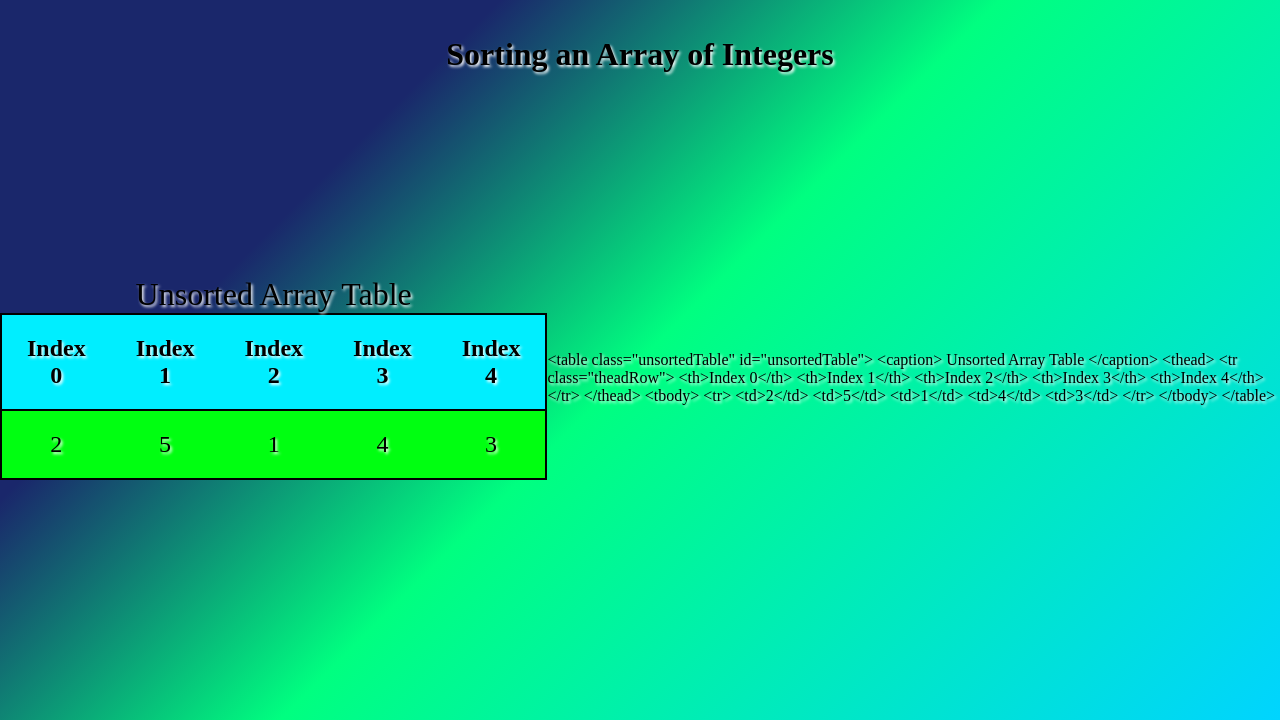
Repository: mlmEFSC21/P16-Sorting-Integers
Page: sort.html
An editor plug-in stored every save of this project. The page is shown before and after the next save, followed by the edit.
The browser window is 1280 px wide. The pictures show the whole page.

Above is the page before, as saved 2022-03-26 08:17:18.

### sort.html
<!DOCTYPE html>
<html lang="en">
    <head>
        <meta charset="UTF-8" />
        <meta http-equiv="X-UA-Compatible" content="IE=edge" />
        <meta name="viewport" content="width=device-width, initial-scale=1.0" />
        <link rel="stylesheet" href="sort.css" />
        <script defer src="sort.js"></script>
        <title>Array Sorting</title>
    </head>
    <body>
        <header class="mainHeader">
            <h1>Sorting an Array of Integers</h1>
        </header>
        <section>
            <div class="arrayContainer" id="arrayContainer">
                <table class="unsortedTable" id="unsortedTable">
                    <caption>
                        Unsorted Array Table
                    </caption>
                    <thead>
                        <tr class="theadRow">
                            <th>Index 0</th>
                            <th>Index 1</th>
                            <th>Index 2</th>
                            <th>Index 3</th>
                            <th>Index 4</th>
                        </tr>
                    </thead>
                    <tbody>
                        <tr>
                            <td>2</td>
                            <td>5</td>
                            <td>1</td>
                            <td>4</td>
                            <td>3</td>
                        </tr>
                    </tbody>
                </table>
                <!-- <table class="sortedTable" id="sortedTable">
                    <caption>
                        Sorted Array Table
                    </caption>
                    <thead>
                        <th>Index 0</th>
                        <th>Index 1</th>
                        <th>Index 2</th>
                        <th>Index 3</th>
                        <th>Index 4</th>
                    </thead>
                    <tbody>
                        <tr>
                            <td>1</td>
                            <td>2</td>
                            <td>3</td>
                            <td>4</td>
                            <td>5</td>
                        </tr>
                    </tbody>
                </table> -->
            </div>
        </section>
    </body>
</html>

### sort.css
:root {
    --clr-background: #00ff8f;
    --clr-primary-T1: hsl(184, 100%, 50%);
    --clr-primary-T2: hsl(245, 61%, 26%);
    --clr-secondary-T1: hsl(124, 100%, 50%);
    --clr-secondary-T2: hsl(166, 90%, 35%);
}
*,
*::after,
*::before {
    box-sizing: border-box;
    margin: 0;
    padding: 0;
}
body {
    font-size: 0.875;
    text-shadow: 1.75px 1.75px 3px white;
    background-color: var(--clr-background);
    background-repeat: no-repeat;
    background-size: cover;
    background: linear-gradient(
        135deg,
        rgba(26, 39, 107, 1) 25%,
        rgba(0, 255, 128, 1) 50%,
        rgba(0, 212, 255, 1) 100%
    );
    height: 100vh;
}
.mainHeader {
    height: 15vh;
    display: flex;
    align-items: center;
    justify-content: center;
}
.arrayContainer {
    height: min(75vh, 640px);
    display: flex;
    align-items: center;
    justify-content: space-around;
}
table {
    border-collapse: collapse;
    font-size: 1.5rem;
    border: 2px solid black;
}
caption {
    font-size: 2rem;
}
thead {
    border-bottom: 2px solid black;
}
th,
td {
    margin: 10px 15px;
    padding: 20px 25px;
}
.unsortedTable th {
    background-color: var(--clr-primary-T1);
}
.unsortedTable td {
    background-color: var(--clr-secondary-T1);
    text-align: center;
}
.sortedTable {
    color: white;
    text-shadow: 1.75px 1.75px 5px black;
}
.sortedTable th {
    background-color: var(--clr-primary-T2);
}
.sortedTable td {
    background-color: var(--clr-secondary-T2);
    text-align: center;
}

### sort.js
//hardcoded array to create logic for the sort.
const unsortedArray = [];
const sortedArray = unsortedArray.sort((a, b) => a - b);
const arrayContainer = document.querySelector("#arrayContainer");
const unsortedTable = `<table class="unsortedTable" id="unsortedTable">
                    <caption>
                        Unsorted Array Table
                    </caption>
                    <thead>
                        <tr class="theadRow">
                            <th>Index 0</th>
                            <th>Index 1</th>
                            <th>Index 2</th>
                            <th>Index 3</th>
                            <th>Index 4</th>
                        </tr>
                    </thead>
                    <tbody>
                        <tr>
                            <td>2</td>
                            <td>5</td>
                            <td>1</td>
                            <td>4</td>
                            <td>3</td>
                        </tr>
                    </tbody>
                </table>`;

arrayContainer.append(unsortedTable);
// const unsortedTable = document.createElement("table");
// unsortedTable.setAttribute("class", "unsortedTable");
// arrayContainer.append(unsortedTable);
// const unsortedCaption = document.createElement("caption");
// unsortedCaption.innerText = "Unsorted Array Table";
// unsortedTable.append(unsortedCaption);
// const thead = document.createElement("thead");
// unsortedTable.append(thead);
// const unsortHeadRow = document.createElement("tr");
// thead.append(unsortHeadRow);

// const sortedTable = document.createElement("table");
// sortedTable.setAttribute("class", "sortedTable");
// arrayContainer.append(sortedTable);
// const sortedCaption = document.createElement("caption");
// sortedCaption.innerText = "Sorted Array Table";
// sortedTable.append(sortedCaption);

// let i = 0;
// while (i < 5) {
//     unsortedArray[i] = parseInt(prompt("Please enter an integer."));
//     i++;
// }

console.log(unsortedArray);
console.log(sortedArray);

// prettier-ignore
// document.getElementById("unsorted").innerText =
// `${unsortedArray[0]} ${unsortedArray[1]} ${unsortedArray[2]} ${unsortedArray[3]} ${unsortedArray[4]} `;

// // prettier-ignore
// document.getElementById("sorted").innerText =
// `${sortedArray[0]} ${sortedArray[1]} ${sortedArray[2]} ${sortedArray[3]} ${sortedArray[4]} `;

After the next save:
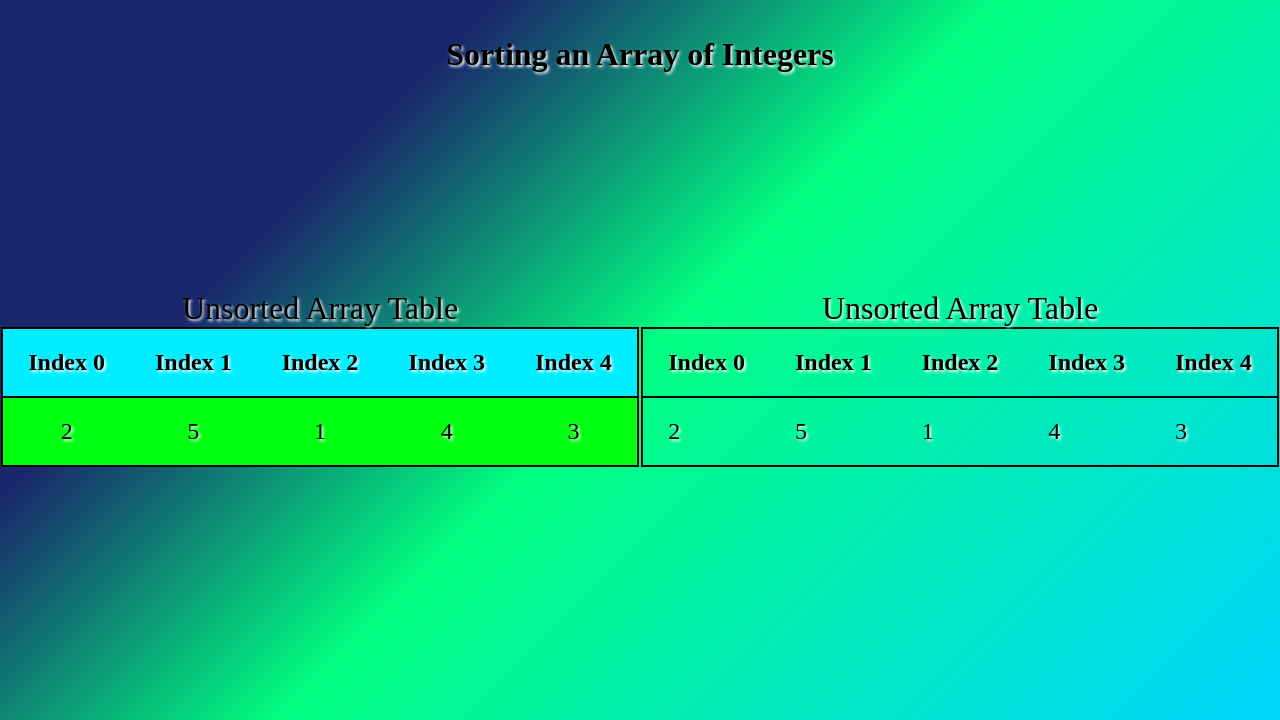
Saved 3 min 22 s later.
--- a/sort.js
+++ b/sort.js
@@ -2,7 +2,8 @@
 const unsortedArray = [];
 const sortedArray = unsortedArray.sort((a, b) => a - b);
 const arrayContainer = document.querySelector("#arrayContainer");
-const unsortedTable = `<table class="unsortedTable" id="unsortedTable">
+const unsortedTable = document.createElement("table");
+unsortedTable.innerHTML = `<table class="unsortedTable" id="unsortedTable">
                     <caption>
                         Unsorted Array Table
                     </caption>
